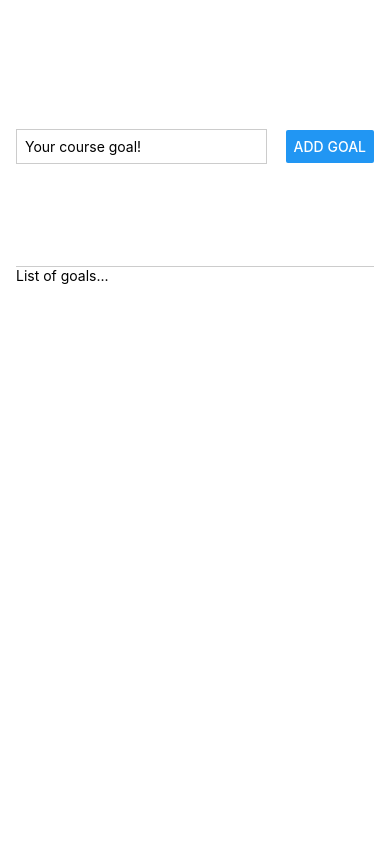
Repository: akinolapo/ToDoApp
Screen: /
These files come from the project's save history. The screen is drawn as it stood at one moment and after the next save; the edit follows.
The app was drawn by React Native's web renderer in a window 390 px wide. The project was rebuilt for these pictures with package versions that can differ from the ones it lists, and the page was loaded fresh each time.

Above is the screen before, as saved 2022-09-15 13:53:06.

### App.js
import { StyleSheet, Text, View, Button, TextInput } from 'react-native';

export default function App() {
  return (
    <View style={styles.appContainer}>
      <View style={styles.inputContainer}>
        <TextInput style={styles.textInput} placeholder='Your course goal!'/>
        <Button title='Add Goal'/>
      </View>
      <View style={styles.goalsContainer}>
        <Text>List of goals...</Text>
      </View>
    </View>
  );
}

const styles = StyleSheet.create({
  appContainer: {
    flex: 1,
    paddingTop: 50,
    paddingHorizontal: 16
  },
  inputContainer: {
    flex: 1,
    flexDirection: 'row',
    justifyContent: 'space-between',
    alignItems: 'center',
    paddingBottom: 24,
    borderBottomWidth: 1,
    borderBottomColor: '#cccccc'
  },
  textInput: {
    borderWidth: 1,
    borderColor: '#cccccc',
    width: '70%',
    marginRight: 8,
    padding: 8
  },
  goalsContainer: {
    flex: 3,
  }
});

After the next save:
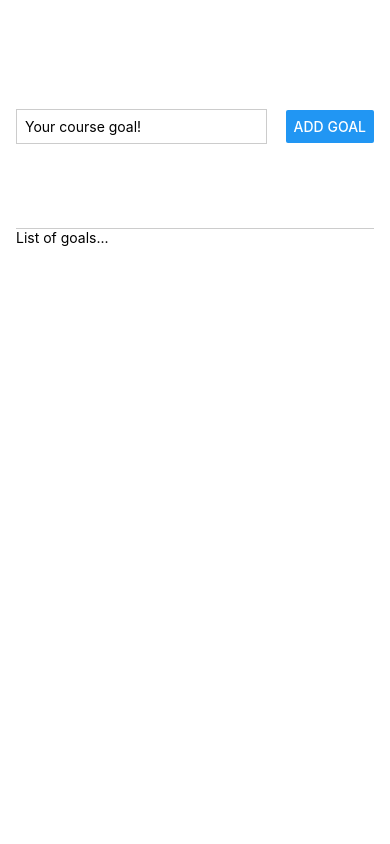
Saved 8 s later.
--- a/App.js
+++ b/App.js
@@ -37,6 +37,6 @@ const styles = StyleSheet.create({
     padding: 8
   },
   goalsContainer: {
-    flex: 3,
+    flex: 4,
   }
 });
